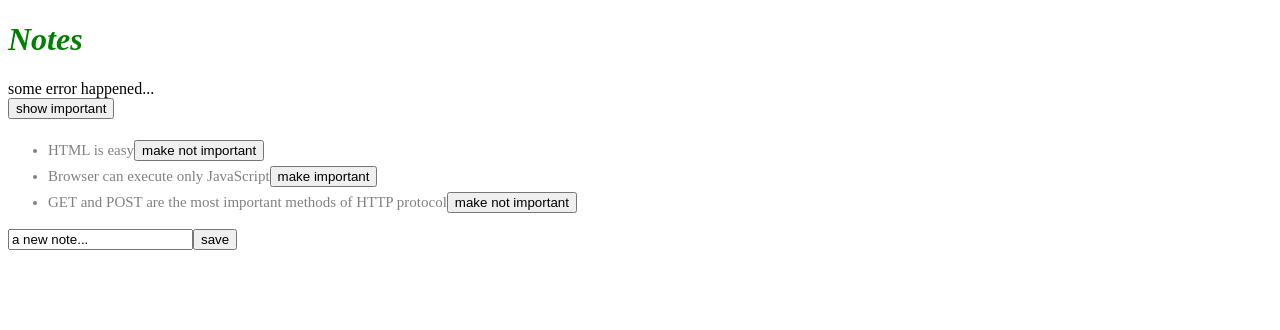
Repository: LordThiouk/part1
Page: /
These files come from the project's save history. The page is drawn as it stood at one moment and after the next save; the edit follows.
The browser window is 1280 px wide. The pictures show the whole page.
The project was rebuilt for these pictures with package versions that can differ from the ones it lists, and the page was loaded fresh each time. Requests to the local data server were answered from the project's data file. Also part of the build but not shown: vite.config.js.

Above is the page before, as saved 2023-09-25 20:02:51.

After the next save:
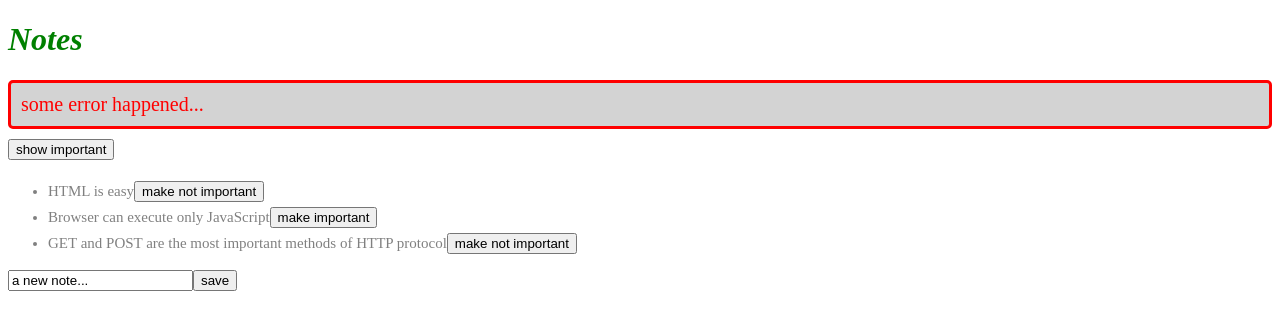
Saved 3 s later.
--- a/src/index.css
+++ b/src/index.css
@@ -12,3 +12,12 @@
     padding-top: 5px;
     font-size: 15px;
 }
+.error {
+    color: red;
+    background: lightgrey;
+    font-size: 20px;
+    border-style: solid;
+    border-radius: 5px;
+    padding: 10px;
+    margin-bottom: 10px;
+}
